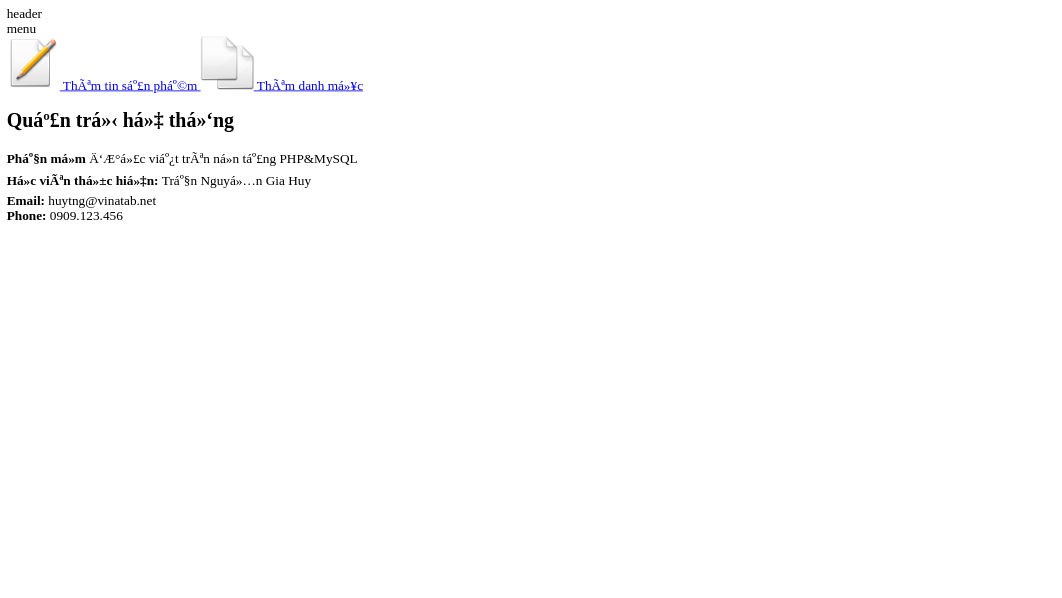
Repository: leducnam1805/JSP-SERVLET
Page: http://localhost/baiTap1/views/BT2/index.jsp
The author's editor kept a copy of each file at every save. The page is drawn from the files as they stood at one save, then again after a run of saves.
The browser window is 1280 px wide. The pictures show the whole page, at 83% of full size.
The page is served by Tomcat 9.

Above is the page before, as saved 2020-06-24 03:08:07.

### loiGiai/baiTap1/WebContent/views/BT2/index.jsp
header
            <!-- Sub navigation -->
            <div id="subnav">
                menu
                <div style="clear: both;"></div>
            </div> <!-- End #subnav -->
        </div> <!-- End #header -->

		<div class="container_12">

            <!-- Dashboard icons -->
            <div class="grid_main_l">
            	<a href="themtintuc.html" class="dashboard-module">
                	<img src="images/Crystal_Clear_write.gif" width="64" height="64" alt="edit" />
                	<span>Thêm tin sản phẩm</span>
                </a>

                <a href="themtintuc.html" class="dashboard-module">
                	<img src="images/Crystal_Clear_files.gif" width="64" height="64" alt="edit" />
                	<span>Thêm danh mục</span>
                </a>
                <div style="clear: both"></div>
            </div> <!-- End .grid_7 -->

            <!-- Account overview -->
            <div class="grid_main_r">
                <div class="module">
                        <h2><span>Quản trị hệ thống</span></h2>

                        <div class="module-body">
                        	<p class="p">
                                <strong>Phần mềm</strong> được viết trên nền tảng PHP&MySQL <br />
                                <strong>Học viên thực hiện: </strong>Trần Nguyễn Gia Huy<br />
                                <strong>Email: </strong>huytng@vinatab.net<br />
                                <strong>Phone: </strong>0909.123.456<br />
                            </p>
                        </div>
                </div>
                <div style="clear:both;"></div>
                <div class="padding-bottom"></div>
            </div> <!-- End .grid_5 -->

            <div style="clear:both;"></div>

        <!-- Footer -->

### loiGiai/baiTap1/WebContent/views/BT2/inc/header.jsp
<%@ page language="java" contentType="text/jsp; charset=UTF-8"
    pageEncoding="UTF-8"%>
<!DOCTYPE jsp>
<jsp>
	<head>
		<meta charset="UTF-8">
		<title>VinaEnter EDU - Đã học là làm được</title>
		<meta name="description" content="Thiet ke website, dao tap lap trinh">
		<meta name="keywords" content="thiet ke website, dao tap lap trinh">
		<link href="<%=request.getContextPath() %>/views/BT2/css/style.css" rel="stylesheet" type="text/css">
	</head>
	<body>
    	<!-- Header -->
        <div id="header">
            <!-- Header. Status part -->
            <div id="header-status">
                <div class="container_12">
                    <div class="grid_4">
                    	<ul class="user-pro">
							<li><a href="">Logout</a></li>
							<li>Chào, <a href="">admin</a></li>
                    	</ul>
                    </div>
                </div>
                <div style="clear:both;"></div>
            </div> <!-- End #header-status -->

            <!-- Header. Main part -->
            <div id="header-main">
                <div class="container_12">
                    <div class="grid_12">
                        <div id="logo">
                            <ul id="nav">
                                <li id="current"><a href="<%=request.getContextPath() %>/views/BT2/index.jsp">Quản trị</a></li>
                                <li><a href="<%=request.getContextPath() %>/views/BT2/taikhoan.jsp">Tài khoản</a></li>
                            </ul>
                        </div><!-- End. #Logo -->
                    </div><!-- End. .grid_12-->
                    <div style="clear: both;"></div>
                </div><!-- End. .container_12 -->
            </div> <!-- End #header-main -->
            <div style="clear: both;"></div>

After the next 2 saves:
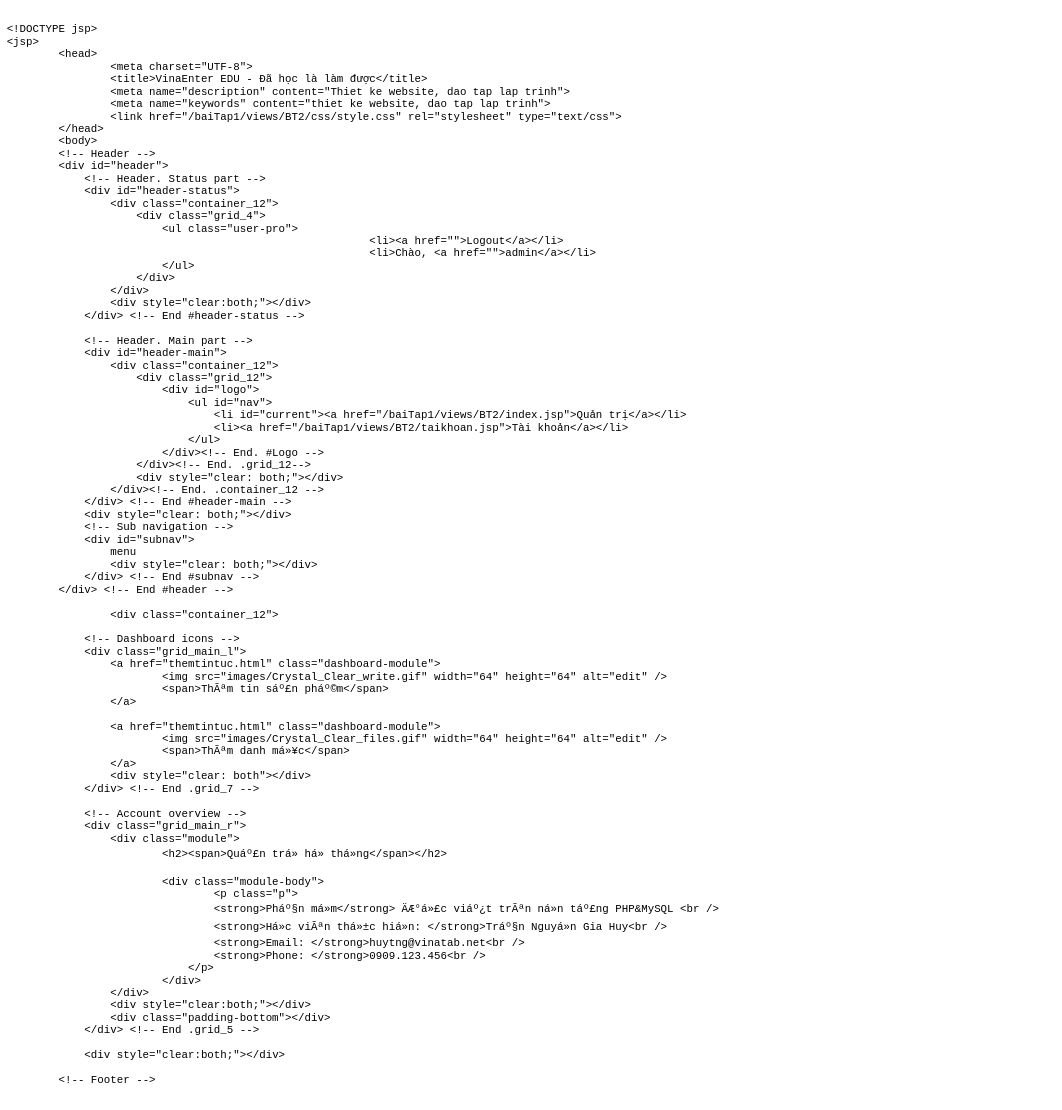
The 2 saves are shown as one change because 1 did not build or start.
The last was saved 85 s later.
--- a/loiGiai/baiTap1/WebContent/views/BT2/index.jsp
+++ b/loiGiai/baiTap1/WebContent/views/BT2/index.jsp
@@ -1,4 +1,4 @@
-header
+<%@include file="/views/BT2/inc/header.jsp" %>
             <!-- Sub navigation -->
             <div id="subnav">
                 menu
